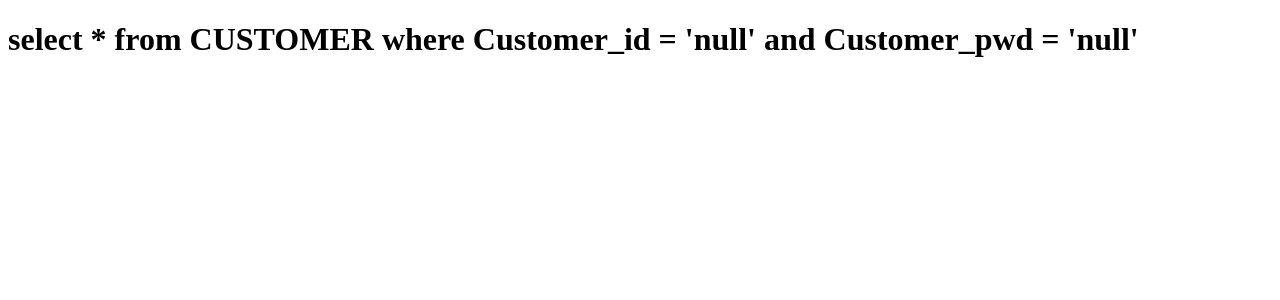
Repository: MIR013/KNU_DB_Project_Team5
Page: http://localhost/Databaase/sign_in.jsp
These files come from the project's save history. The page is drawn as it stood at one moment and after the next save; the edit follows.
The browser window is 1280 px wide. The pictures show the whole page.
The page is served by Tomcat 9. Queries for data that is not in the repository find no rows.

Above is the page before, as saved 2018-11-12 13:55:12.

After the next save:
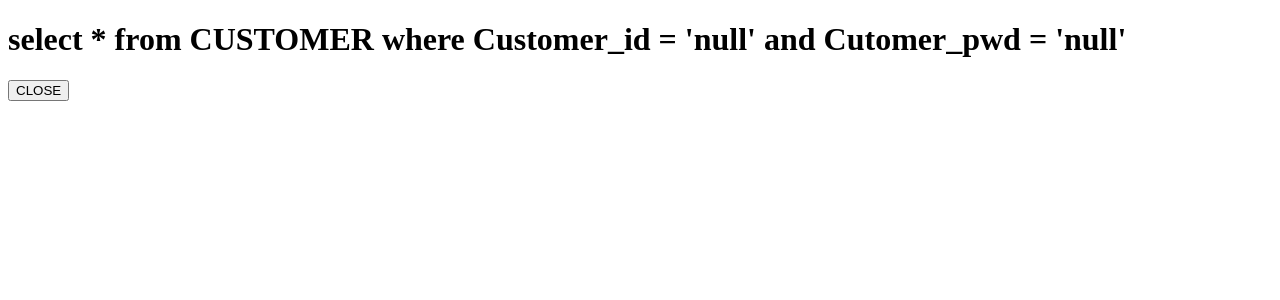
Saved 2 min 34 s later.
--- a/dbphase/Databaase/WebContent/sign_in.jsp
+++ b/dbphase/Databaase/WebContent/sign_in.jsp
@@ -32,9 +32,9 @@ conn.setAutoCommit(false);
 	String id = request.getParameter("signInID");
 	String pwd = request.getParameter("signInPASSWORD");
 
-	query = "select * from CUSTOMER where Customer_id = '" + id +"' and Customer_pwd = '"+pwd+"'";
+	query = "select * from CUSTOMER where Customer_id = '" + id +"' and Cutomer_pwd = '"+pwd+"'";
 	out.print("<h1>"+query+"</h1>");
-	/*
+
 	pstmt = conn.prepareStatement(query);
 	rs = pstmt.executeQuery();
 	if(rs.next()){
@@ -49,7 +49,7 @@ conn.setAutoCommit(false);
 				"</form>";
 		out.print(nextpage);
 	}
-	*/
+
 
 
 %>
